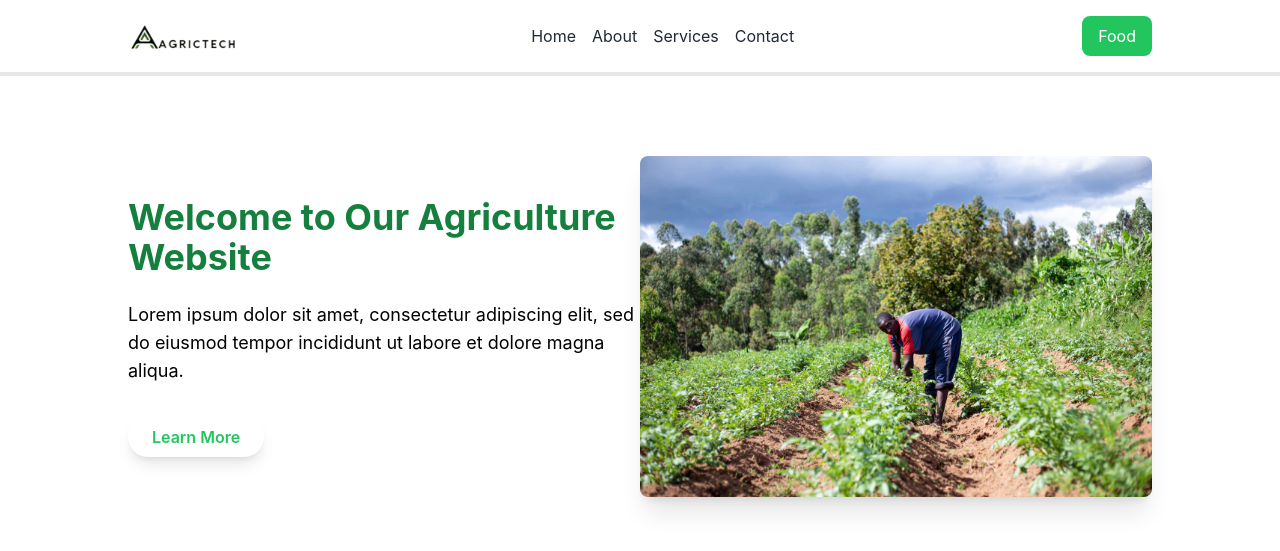
Repository: akinolapo/agric-tech
Page: /
An editor plug-in stored every save of this project. The page is shown before and after the next save, followed by the edit.
The browser window is 1280 px wide. The pictures show the whole page.
The project was rebuilt for these pictures with package versions that can differ from the ones it lists, and the page was loaded fresh each time.

Above is the page before, as saved 2023-05-27 00:10:43.

After the next save:
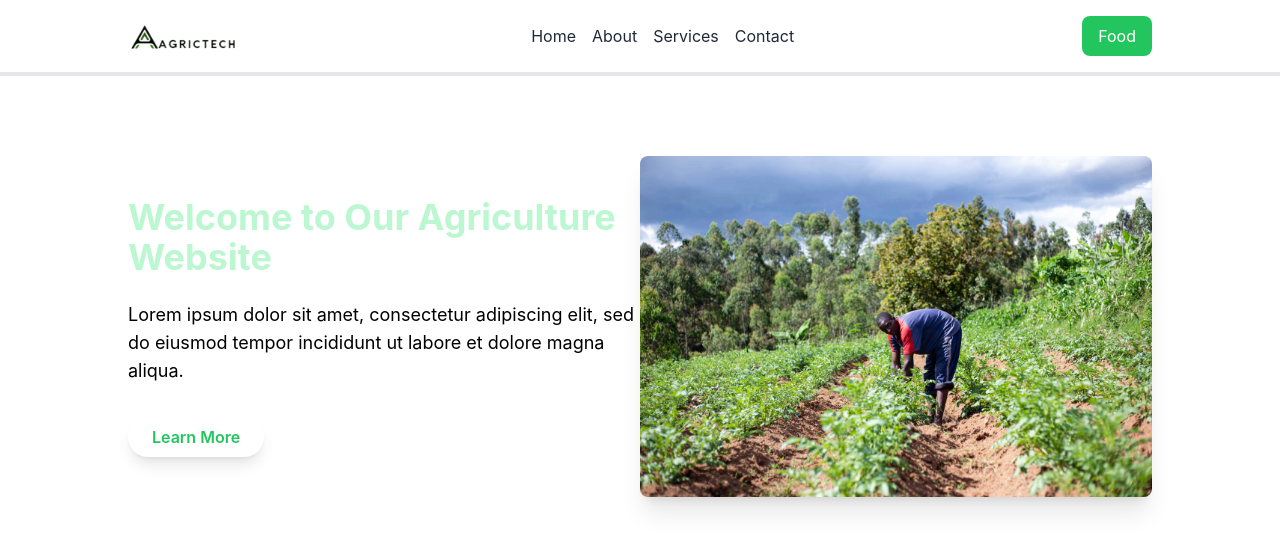
Saved 10 s later.
--- a/src/components/Hero.jsx
+++ b/src/components/Hero.jsx
@@ -5,7 +5,7 @@ const Hero = () => {
     <section className="bg-white text-black py-20 px-5 sm:px-32">
       <div className="container mx-auto flex flex-col lg:flex-row items-center">
         <div className="lg:w-1/2">
-          <h1 className="text-4xl font-bold mb-6 text-green-700">Welcome to Our Agriculture Website</h1>
+          <h1 className="text-4xl font-bold mb-6 text-green-200">Welcome to Our Agriculture Website</h1>
           <p className="text-lg mb-8">Lorem ipsum dolor sit amet, consectetur adipiscing elit, sed do eiusmod tempor incididunt ut labore et dolore magna aliqua.</p>
           <button className="bg-white text-green-500 py-2 px-6 rounded-full font-semibold shadow-lg hover:shadow-xl transition duration-300">Learn More</button>
         </div>
